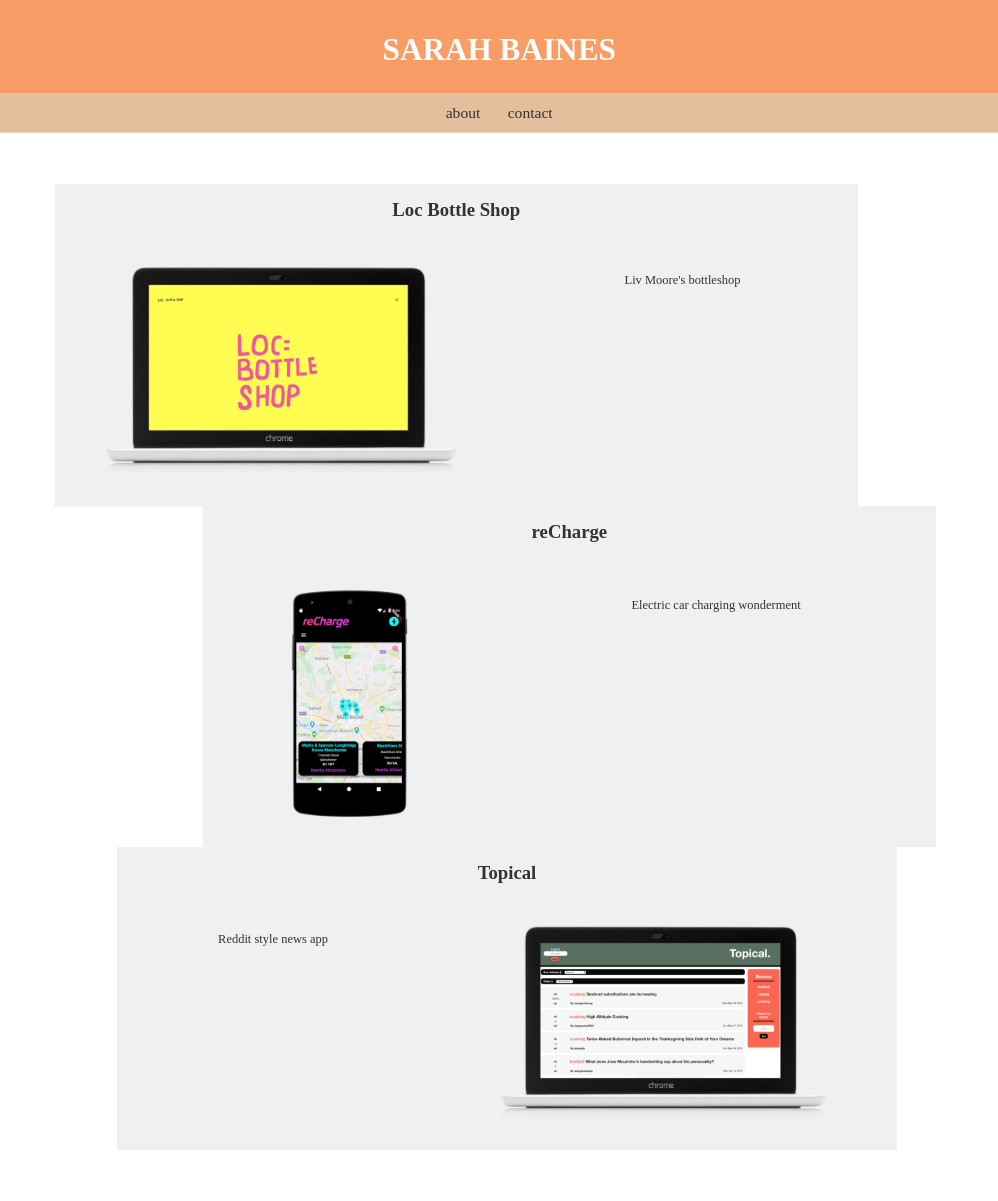
Repository: bainesface/bainesface.github.io
Page: index.html
The author's editor kept a copy of each file at every save. The page is drawn from the files as they stood at one save, then again after the next save.
The browser window is 1280 px wide. The pictures show the whole page, at 78% of full size.

Above is the page before, as saved 2020-04-27 17:24:50.

### index.html
<!DOCTYPE html>
<html lang="en">
  <head>
    <meta charset="UTF-8" />
    <meta name="viewport" content="width=device-width, initial-scale=1.0" />
    <meta http-equiv="X-UA-Compatible" content="ie=edge" />
    <link rel="stylesheet" href="index.css" />
    <title>My Portfolio Site</title>
  </head>


  <body class="body">

    <header class="header">
    <a href="index.html"></a>
      <h1 class="title">
        <center>SARAH BAINES</center>
      </h1>
    </a>
   </header>

   <nav class="menu">
      <a href="about.html" class="link">about</a>
      <a href="contact.html" class="link">contact</a>
    </nav>

    <section class='main'>
      <ul class='projects-list'>
        <li class='list-item1'><h2 class='project-title'>Loc Bottle Shop</h2>
        <p class="portfolio-image"><img src="./img/locbottleshop.png"  width=500px/></p>
      <p class='project-description'>Liv Moore's bottleshop</p></li>
        <li class="list-item2"><h2 class='project-title'>reCharge</h2>
        <p class="portfolio-image"><img src="./img/reCharge.png" height=300px  /></p><p class='project-description'>Electric car charging wonderment</p></li>
        <li class="list-item3"><h2 class='project-title'>Topical</h2>
        <p class="portfolio-image"><img src="./img/topical.png" height=260px  /></p><p class='project-description'>Reddit style news app</p></li>
      </ul>
    </section>
  </body>
</html>

### index.css
.body {
  display: grid;
  grid-template-rows: 120px 50px auto;
  grid-template-columns: 100%;
  grid-template-areas:
    'header'
    'nav'
    'main';
  padding: 0;
  margin: 0;
  border: none;
}

.header {
  grid-area: header;
  background-color: #f79d65;
  margin: 0;
  width: 100%;
}

.title {
  margin-top: 1em;
  font-size: 30pt;
  color: #ffffff;
  font-family: 'PT Sans';
}

.menu {
  grid-area: nav;
  font-size: 15pt;
  padding: 12.5px;
  font-family: 'PT Sans';
  text-decoration: none;
  text-align: center;
  background-color: #e5be9e;
}

.link {
  text-decoration: none;
  color: #333333;
  /* padding-top: 10px;
  padding-left: 10px;
  padding-right: 10px;
  padding-bottom: 15px; */
  padding: 15px;
}

.main {
  grid-area: main;
}

.projects-list {
  list-style: none;
  display: flex;
  flex-direction: column;
  padding: 50px;
}

.list-item1 {
  margin-top: 0px;
  margin-bottom: 0px;
  margin-left: 20px;
  margin-right: 130px;
  background-color: #eef0f2;
  display: grid;
  grid-template-columns: 1fr 2fr;
  grid-template-rows: 1fr 4fr;
  grid-template-areas:
    'title title '
    'image desc';
  border-width: 0.2px;
  border-color: #333333;
}

.list-item2 {
  margin-top: 0px;
  margin-bottom: 0px;
  margin-left: 210px;
  margin-right: 30px;
  background-color: #eef0f2;
  display: grid;
  grid-template-columns: 2fr 3fr;
  grid-template-rows: 1fr 4fr;
  grid-template-areas:
    'title title'
    'image desc';
}

.list-item3 {
  margin-top: 0px;
  margin-bottom: 0px;
  margin-left: 100px;
  margin-right: 80px;
  background-color: #eef0f2;
  display: grid;
  grid-template-columns: 2fr 3fr;
  grid-template-rows: 1fr 4fr;
  grid-template-areas:
    'title title'
    'desc image';
}

.portfolio-image {
  grid-area: image;
  align-self: center;
  margin-left: 40px;
  margin-right: 40px;
  justify-content: center;
  justify-self: center;
  justify-items: center;
  align-items: center;
  align-content: center;
  margin-bottom: 30px;
}

.project-title {
  font-family: 'PT Sans';
  grid-area: title;
  color: #333333;
  text-align: center;
}

.project-description {
  font-family: 'PT Sans';
  grid-area: desc;
  padding: 15px;
  color: #333333;
  text-align: center;
}

After the next save:
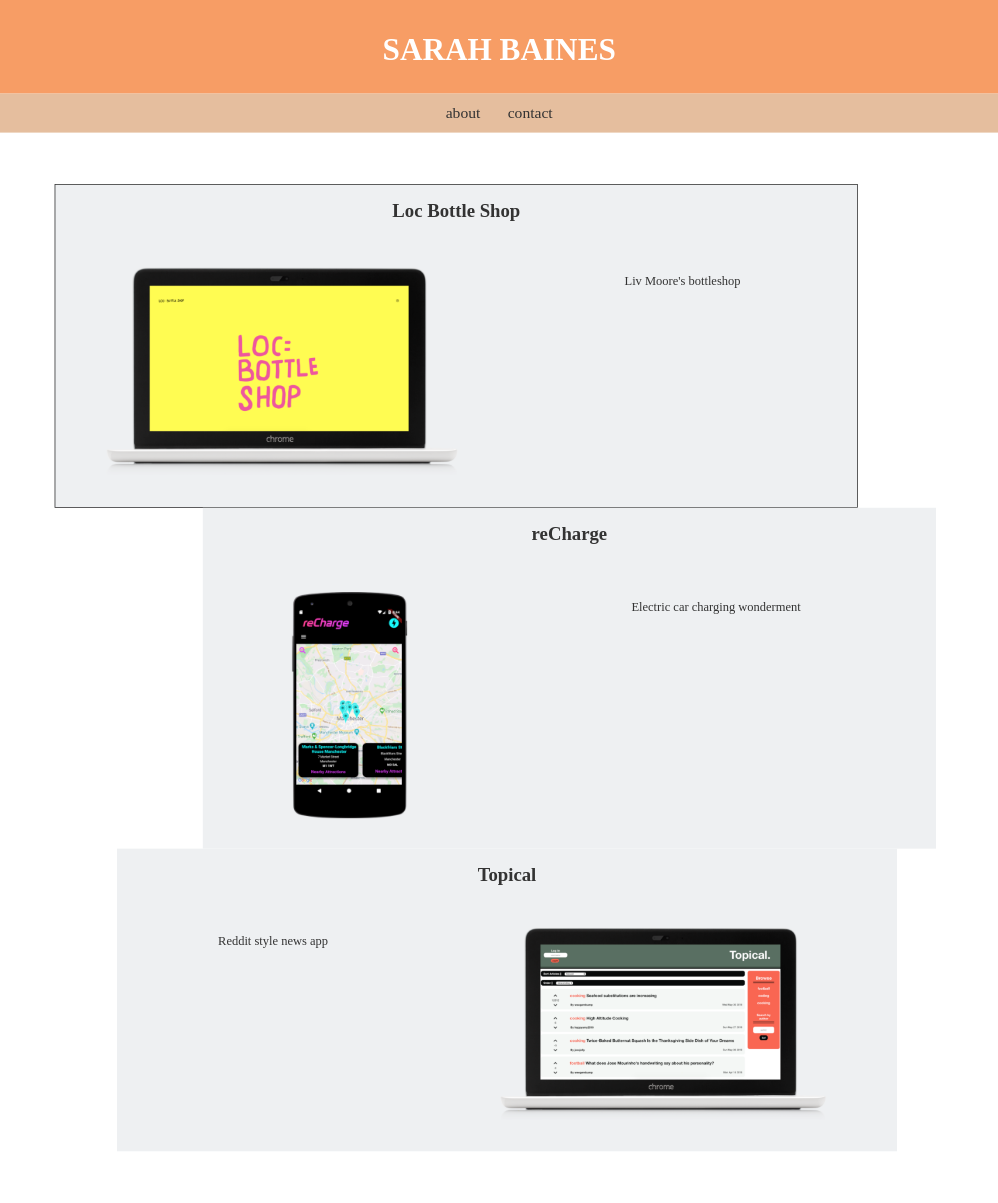
Saved 22 s later.
--- a/index.css
+++ b/index.css
@@ -69,6 +69,7 @@
     'title title '
     'image desc';
   border-width: 0.2px;
+  border-style: groove;
   border-color: #333333;
 }
 
